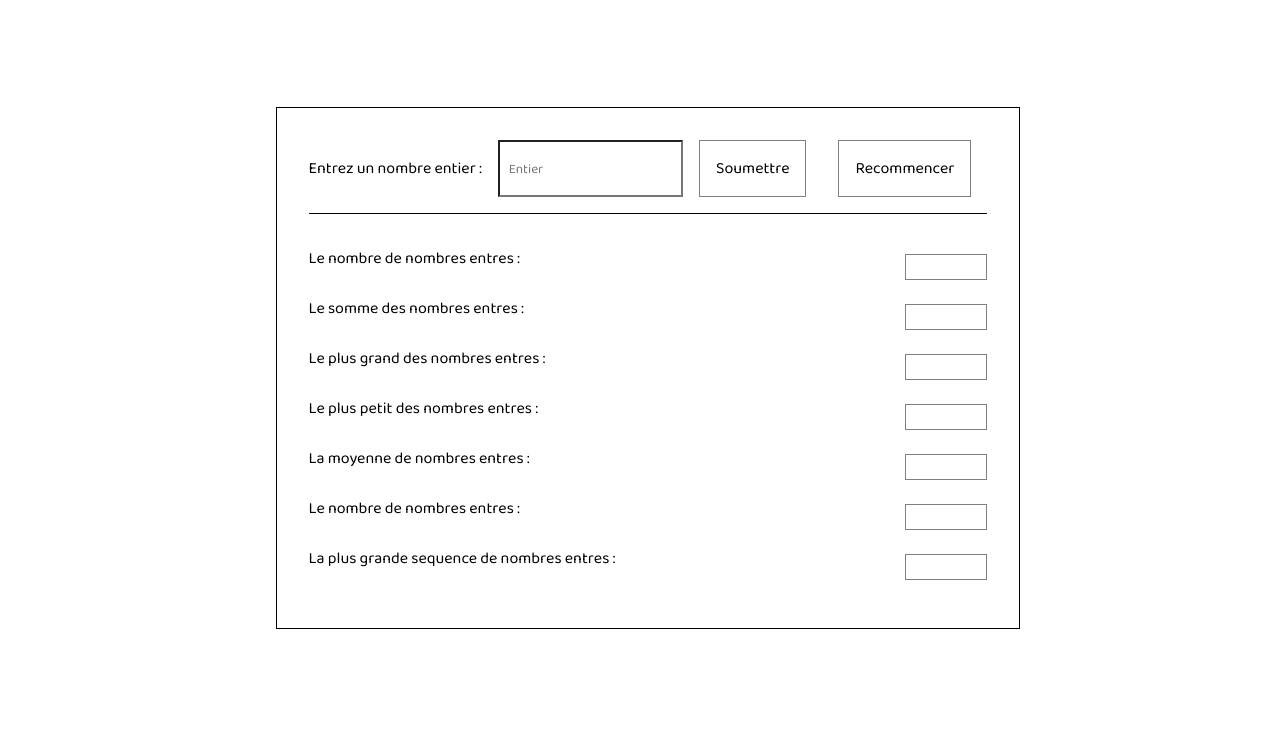
Repository: Thomas088/asbl-proforma
Page: exercices/js/ex-01/index.html
These files come from the project's save history. The page is drawn as it stood at one moment and after the next save; the edit follows.
The browser window is 1280 px wide. The page is 1288 px wide, so the pictures cover 1288 px, including what lies to the right of the window. The pictures show the whole page.

Above is the page before, as saved 2020-03-20 02:30:13.
Console error: TypeError: Cannot read properties of null (reading 'value')

After the next save:
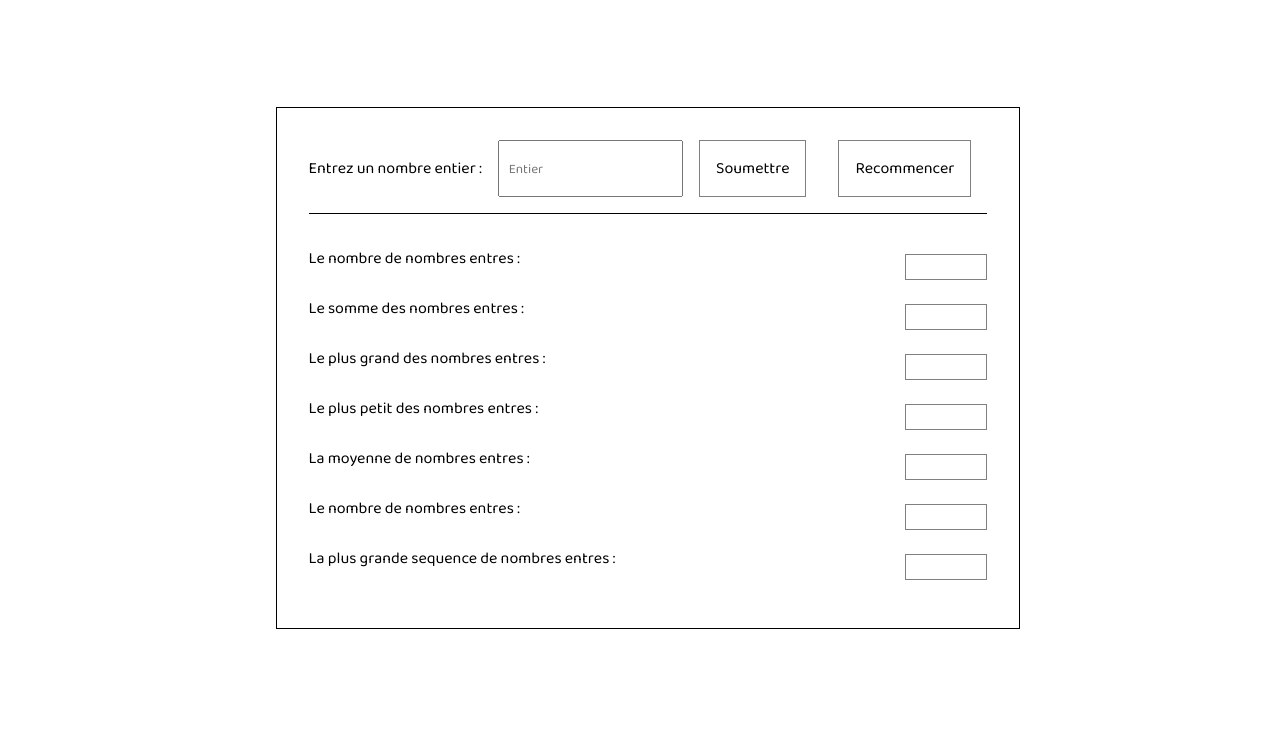
The error is gone.
Saved 1 s later.
--- a/exercices/js/ex-01/index.html
+++ b/exercices/js/ex-01/index.html
@@ -12,7 +12,7 @@
     <div class="tableau">
         <div class="entry-user">
             <p>Entrez un nombre entier :</p>
-            <input type="text" name="entry" class="user-entry" placeholder="Entier">
+            <input type="text" name="entry" class="user-input" placeholder="Entier">
             <div class="submit-number">Soumettre</div>
             <div class="restart">Recommencer</div>
         </div>
